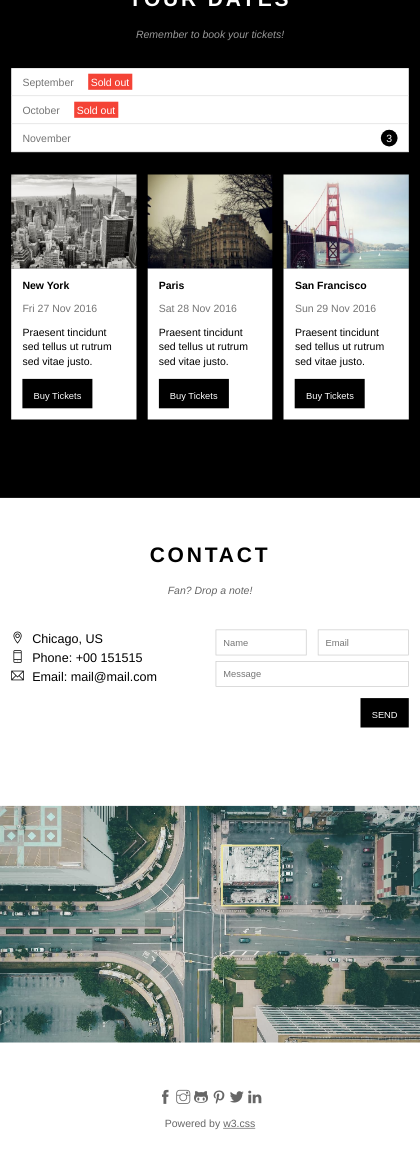
Repository: phongngotrong/w3school_reup
Page: index.html
An editor plug-in stored every save of this project. The page is shown before and after the next save, followed by the edit.
The browser window is 600 px wide. The pictures show the part of the page from y = 2155 to 4395 px (the page is 3833 px tall before and 5315 px after), at 70% of full size.

Above is the page before, as saved 2022-02-13 16:33:44.

After the next save:
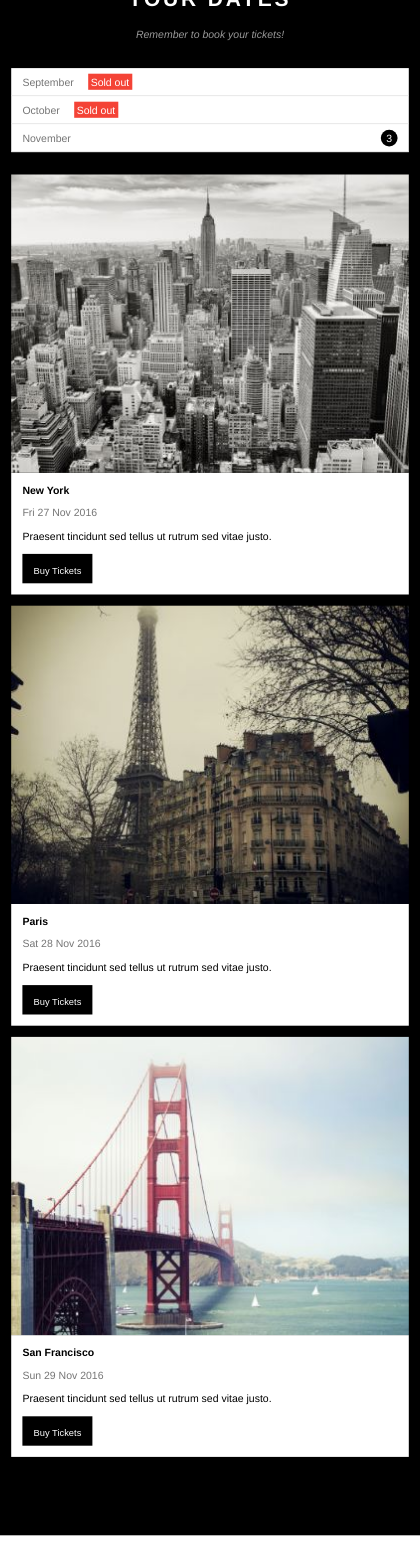
Saved 71 s later.
--- a/assets/css/responsive.css
+++ b/assets/css/responsive.css
@@ -54,4 +54,8 @@
   #content .avt-member {
     width: 60%;
   }
+
+  .s-col-full {
+    width: 100%;
+  }
 }
